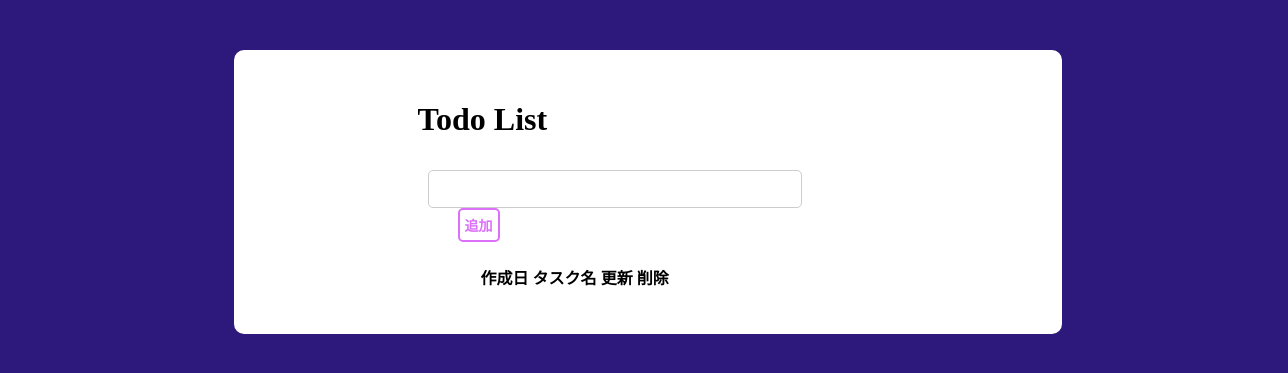
Repository: oninopantsu/20210529onoma
Page: http://localhost/todo/update
An editor plug-in stored every save of this project. The page is shown before and after a run of saves, followed by the edit.
The browser window is 1280 px wide. The page is 1288 px wide, so the pictures cover 1288 px, including what lies to the right of the window. The pictures show the whole page.
The page is served by the project's Laravel application, run on PHP 8.4 with Laravel 8. Other server files are loaded and not shown. Queries for data that is not in the repository find no rows.

Above is the page before, as saved 2021-06-05 16:31:46.

### routes/web.php
<?php

use App\Http\Controllers\TodoController;
use Illuminate\Support\Facades\Route;

/*
|--------------------------------------------------------------------------
| Web Routes
|--------------------------------------------------------------------------
|
| Here is where you can register web routes for your application. These
| routes are loaded by the RouteServiceProvider within a group which
| contains the "web" middleware group. Now create something great!
|
*/

Route::get('/',[TodoController::class,'index']);
Route::post('/',[TodoController::class,'create']);
Route::get('/todo/create',[TodoController::class,'index']);
Route::post('/todo/create',[TodoController::class,'create']);
Route::post('/todo/update',[TodoController::class,'index']);
Route::get('/todo/update',[TodoController::class,'update']);
Route::post('/todo/delete',[TodoController::class,'index']);
Route::get('/todo/delete',[TodoController::class,'delete']);

### app/Http/Controllers/TodoController.php
<?php

namespace App\Http\Controllers;


use Illuminate\Http\Request;
use Illuminate\Support\Facades\DB;
use App\Models\Todos;


class TodoController extends Controller
{
    public function index(Request $request)
    {
        $items = Todos::all();
        return view('index', ['items' => $items]);
    }
    public function create(Request $request)
    {
        $this->validate($request, Todos::$rules);
        $content = new Todos;
        $form = $request->all();
        unset($form['_token_']);
        $content->timestamps = false;
        $content->fill($form)->save();

        $items = Todos::all();
        return view('index', ['items' => $items]);
    }
    public function update(Request $request)
    {
        $items = Todos::all();
        return view('index', ['items' => $items]);
    }
    public function delete(Request $request)
    {
        $items = Todos::all();
        return view('index', ['items' => $items]);
    }
}

### app/Models/Todos.php
<?php

namespace App\Models;

use Illuminate\Database\Eloquent\Factories\HasFactory;
use Illuminate\Database\Eloquent\Model;
use Illuminate\Testing\Fluent\Concerns\Has;

class Todos extends Model
{
    use HasFactory;
    protected $guarded = array('id');
    public static $rules = array(
        'content' => 'required'
    );
    public function todos(){
        return $this->hasOne('App\Models\Todos');
    }
    public function getData()
    {
        return $this->id.':'.'('.$this->created_at.')' .$this->content;

    }

}

### resources/views/index.blade.php
<!DOCTYPE html>
<html lang="en">

<head>
  <meta charset="UTF-8">
  <meta http-equiv="X-UA-Compatible" content="IE=edge">
  <meta name="viewport" content="width=device-width, initial-scale=1.0">
  <title>@yield('title')</title>
  <style>
    body {
      background-color: #2d197c;
      width: 100%;
    }


    .todolist {
      margin: 50px auto;
      padding: 30px;
      width: 60%;
      background-color: #fff;
      color: #bbb;
      border-radius: 10px;
    }

    h1 {
      font-size: 32px;
      color: black;
    }

    .list__card {
      width: 60%;
      margin: 0 auto;
    }

    p {
      color: black;
      font-size: 12px;
    }

    .list {
      text-align: left;
      width: 80%;
      padding: 10px;
    }

    .submit {
      color: #dc70fa;
      border: 2px solid #dc70fa;
      background-color: #fff;
      font-weight: bold;
      margin-left: 30px;
      padding: 5px;
      cursor: pointer;
      transition: 0.4s;
    }

    .submit:hover {
      background-color: #dc70fa;
      color: #fff;
    }

    th {
      font-size: 16px;
      color: black;
    }

    tbody {
      padding-left: 50px;
    }

    table {
      display: flex;
      justify-content: space-between;
      flex-direction: column;
      padding: 10px;
    }

    form {
      padding: 10px;
    }

    input {
      border-radius: 5px;
      border: 1px solid #ccc;
      font-size: 14px;
    }



    .button__update {
      border: 2px solid #fa9770;
      color: #fa9770;
      background-color: #fff;
      font-weight: bold;
      font-size: 12px;
      cursor: pointer;
      border-radius: 5px;
      padding: 5px 10px;
      transition: 0.4s;
    }

    .button__update:hover {
      background-color: #fa9770;
      color: #fff;
    }

    .button__delete {
      border: 2px solid #71fadc;
      color: #71fadc;
      background-color: #fff;
      font-weight: bold;
      font-size: 12px;
      border-radius: 10px;
      cursor: pointer;
      border-radius: 5px;
      padding: 5px 10px;
      transition: 0.4s;
    }

    .button__delete:hover {
      background-color: #71fadc;
      color: #fff;
    }
  </style>
</head>

<body>


  <div class="todolist">
    <div class="list__card">
      <h1>Todo List</h1>

      @if (count($errors) > 0)
      <ul>
        @foreach ($errors->all() as $error)
        <li>
          {{$error}}
        </li>
        @endforeach
      </ul>
      @endif

      <form action="/todo/create" method="post">
        @csrf
        <input class='list' type="text" name="content" value="">
        <input class='submit' type="submit" value="追加">
      </form>
      <table>
        <tr>
          <th>作成日</th>
          <th>タスク名</th>
          <th>更新</th>
          <th>削除</th>
        </tr>
        <tr>
          @foreach($items as $item)
          <form action="/todo/create" method="POST">
            <td>
              <p>{{$item->created_at}}</p>
            </td>
            <td>
              <input type="text" name="content" value="{{$item->content}}">

            </td>
          </form>
          <td>
            <form action="/todo/update" method="POST">
              <button class="button__update">更新</button>
            </form>
          </td>
          <td>
            <form action="/todo/delete" method="post">
              <button class="button__delete">削除</button>
            </form>
          </td>

        </tr>
        @endforeach
      </table>
      </form>
    </div>

  </div>

</body>

</html>

Loaded but not shown: app/Http/Controllers/Controller.php (common file)

After the next 4 saves:
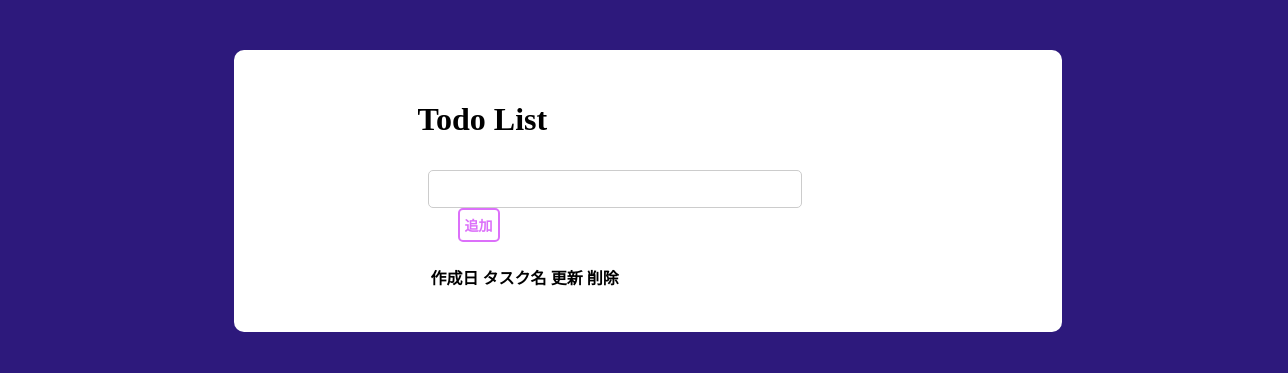
The 4 saves are shown as one change because they came seconds apart.
The last was saved 27 s later.
--- a/resources/views/index.blade.php
+++ b/resources/views/index.blade.php
@@ -65,7 +65,7 @@
     }
 
     tbody {
-      padding-left: 50px;
+      display: flex;
     }
 
     table {
